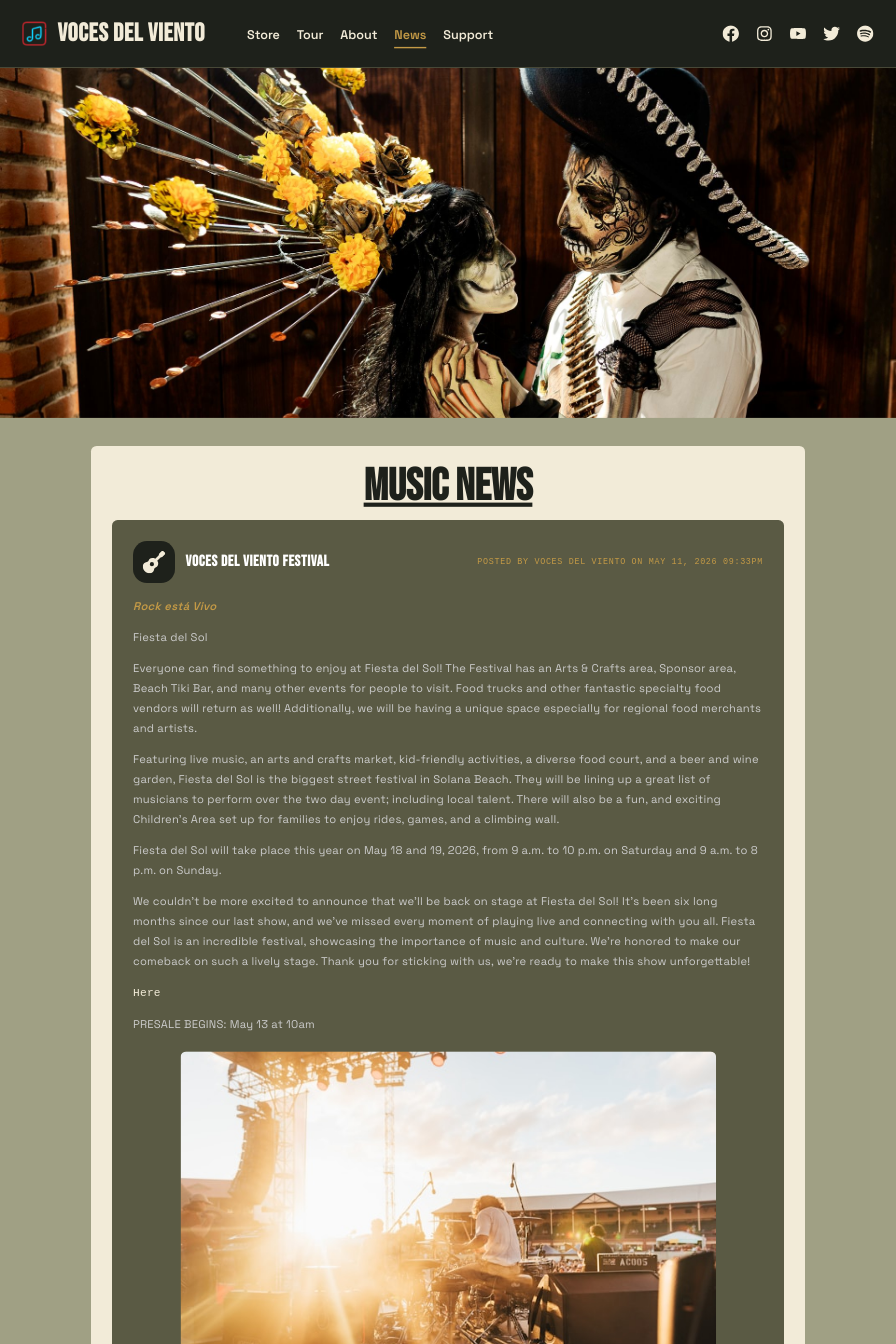
Repository: lime929/voices-del-viento
Page: /news
An editor plug-in stored every save of this project. The page is shown before and after the next save, followed by the edit.
The browser window is 1280 px wide. The pictures show the part of the page from y = 0 to 1920 px (the page is 5473 px tall), at 70% of full size.
The project was rebuilt for these pictures with package versions that can differ from the ones it lists, and the page was loaded fresh each time. The framework's server and built-in components were replaced by stand-ins that run in the browser. Also part of the build but not shown: next.config.mjs.

Above is the page before, as saved 2026-09-26 21:14:46.

### app/layout.jsx
import '../app/globals.css';
import Footer from '../app/components/Footer';
import NavBar from '../app/components/NavBar';


export const metadata = {
  title: "Voces del Viento",
  description:
    "Voces del Viento is a Mexican indie rock band from Michoacán, blending classic Latin rock influences with modern sounds inspired by Caifanes, Juanes, and Los Enanitos Verdes. Discover their heartfelt music, cultural roots, and energetic live performances.",
  keywords: [
    "Voces del Viento",
    "Mexican indie rock",
    "Michoacán, Mexico",
    "Latin rock",
    "Alternative music",
    "band from Mexico",
    "indie music",
  ],
};

export default function MainLayout({ children }) {
  return (
    <html lang="en">
      <body>
        <NavBar />
        {children}
        <Footer />
      </body>
    </html>
  );
}

### app/news/page.jsx
import styles from "./page.module.css";
import Image from "next/image";
import Post from "../components/Post";
import posts from "./posts.json";
import banner from "../../public/images/news/banner.jpg";

export const metadata = {
  title: "Voces del Viento | News",
  description: "Stay up to date with the latest news and updates from Voces del Viento.",
    keywords: [
    "Voces del Viento",
    "news",
    "Music news",
    "band updates",
    "Concert announcements",
    "Album releases",
    "Live performances",
    "Live updates",
  ]
}

export default function NewsPage() {
  return (
    <>
      <Image
        src={banner}
        alt="Band with Mariachi outfits performing on stage"
        sizes="100vw"
        className={styles.bannerImage}
        priority
      />

      <div className={styles.newsContainer}>
        <h2 className={styles.newsTitle}>Music News</h2>

        {posts.map((post) => (
          <Post key={post.id} post={post} />
        ))}
      </div>
    </>
  );
}

### app/globals.css
/* @import url("https://fonts.googleapis.com/css2?family=Bebas+Neue&family=DM+Sans:opsz,wght@9..40,400;9..40,500;9..40,600;9..40,700&family=Space+Mono:wght@400;700&display=swap");
@import url('https://fonts.googleapis.com/css2?family=Space+Grotesk:wght@300..700&display=swap'); */

@import url('https://fonts.googleapis.com/css2?family=Archivo+Black&family=Bebas+Neue&family=DM+Sans:ital,opsz,wght@0,9..40,100..1000;1,9..40,100..1000&family=Oswald:wght@200..700&family=Roboto+Mono:ital,wght@0,100..700;1,100..700&family=Space+Grotesk:wght@300..700&display=swap');
@import "tailwindcss";

@theme {
      /* Large headings and album titles */
  --font-display: "Bebas Neue", sans-serif;
    /* Paragraphs, navigation, and buttons */
  --font-body: "Space Grotesk", sans-serif;
    /* Dates, labels, and small details */
  --font-mono: "Space Mono", monospace;

    /* Main page background */
  --color-band-bg: #A0A084;
    /* Main text, dark sections & footer */
  --color-band-ink: #1E211B;
    /* Text on dark/red backgrounds */
  --color-band-cream: #F2EBD8;
    /* Borders and secondary accents */
  --color-band-olive: #5a5a44;
    /* Small highlights and labels */
  --color-band-gold: #C49A46;
}

body {
  font-family: var(--font-body);
  background-color: var(--color-band-bg);
  color: var(--color-band-ink);
  margin: 0;
  padding: 0;
}

### app/components/Footer.jsx
'use client';

import { usePathname } from "next/navigation";
export default function Footer() {
    const pathname = usePathname();

  return (
    <footer className="border-t border-band-olive bg-band-ink py-8 px-4 sm:px-6">
      <div className="mx-auto max-w-6xl">
        <div className="flex flex-col items-center justify-between gap-8 text-sm md:flex-row">
          {/* Copyright */}
          <div className="order-2 text-center md:order-1 md:text-left">
            <p className="font-semibold text-band-cream">
              © {new Date().getFullYear()}{' '}
              <span className="font-black text-band-cream">Voices Del Viento</span>
            </p>
            <p className="mt-1 font-mono text-xs tracking-wider text-band-gold">
              Made with Next.js, React & Tailwind by Liliana Mendez
            </p>
          </div>

          {/* Right links */}
          <nav className="order-1 flex items-center gap-6 md:order-2">
            <a
              href="/store"
              className={`${
                      pathname === "/store" ? "border-b-2 border-band-gold text-band-gold" : "border-b-2 border-transparent text-band-cream hover:text-band-gold hover:border-band-gold"
                    } text-sm font-semibold pb-1 transition-all`}
            >
              Store
            </a>
            <a
              href="/tour"
              className={`${
                      pathname === "/tour" ? "border-b-2 border-band-gold text-band-gold" : "border-b-2 border-transparent text-band-cream hover:text-band-gold hover:border-band-gold"
                    } text-sm font-semibold pb-1 transition-all`}
            >
              Tour
            </a>
            <a
              href="/about"
              className={`${
                      pathname === "/about" ? "border-b-2 border-band-gold text-band-gold" : "border-b-2 border-transparent text-band-cream hover:text-band-gold hover:border-band-gold"
                    } text-sm font-semibold pb-1 transition-all`}
            >
              About
            </a>
            <a
              href="/news"
              className={`${
                      pathname === "/news" ? "border-b-2 border-band-gold text-band-gold" : "border-b-2 border-transparent text-band-cream hover:text-band-gold hover:border-band-gold"
                    } text-sm font-semibold pb-1 transition-all`}
            >
              News
            </a>
            <a
              href="/support"
              className={`${
                      pathname === "/support" ? "border-b-2 border-band-gold text-band-gold" : "border-b-2 border-transparent text-band-cream hover:text-band-gold hover:border-band-gold"
                    } text-sm font-semibold pb-1 transition-all`}
            >
              Support
            </a>
          </nav>
        </div>
      </div>
    </footer>
  );
}

### app/components/NavBar.jsx
'use client';
import { useState } from "react";
import Link from "next/link";
import Image from "next/image";
import { usePathname } from "next/navigation";
import { FaBars, FaTimes, FaFacebook, FaInstagram, FaYoutube, FaTwitter,FaSpotify } from "react-icons/fa";
import logoIcon from '../../app/icon.png';

export default function NavBar() {
  const [isMobileMenuOpen, setIsMobileMenuOpen] = useState(false);
  const pathname = usePathname();

  return (
    <>
      <nav className="bg-band-ink border-b border-band-olive sticky top-0 z-50">
        <div className="px-4 lg:px-6">
          <div className="relative flex h-24 items-center justify-between">

            {/* Mobile menu button: always positioned absolute left and hidden on md+ screens */}
            <div className="absolute inset-y-0 left-0 flex items-center md:hidden">
              <button
                onClick={() => setIsMobileMenuOpen(!isMobileMenuOpen)}
                className="inline-flex items-center justify-center p-2 rounded-md text-band-cream hover:text-band-gold hover:bg-band-olive/20 focus:outline-none focus:ring-2 focus:ring-band-gold"
                aria-controls="mobile-menu"
                aria-expanded={isMobileMenuOpen}
              >
                <span className="sr-only">Open main menu</span>
                {isMobileMenuOpen ? (
                  <FaTimes className="block h-6 w-6" />
                ) : (
                  <FaBars className="block h-6 w-6" />
                )}
              </button>
            </div>

            <div className="flex flex-1 items-center justify-center md:justify-start">
              <Link href="/" className="flex flex-shrink-0 items-center gap-2 hover:opacity-90 transition">
                <Image
                  src={logoIcon}
                  alt="Voices Del Viento Logo"
                  width={50}
                  height={50}
                  priority
                />

                <span className="hidden font-display text-4xl font-bold uppercase tracking-wide text-band-cream transition-colors hover:text-band-gold md:block md:mr-9">
                Voces Del Viento
                </span>
              </Link>


              <div className="hidden md:ml-6 md:block md:pt-2">
                <div className="flex space-x-4 lg:space-x-6">
                  <Link
                    href="/store"
                    className={`${
                      pathname === "/store" ? "border-b-2 border-band-gold text-band-gold" : "border-b-2 border-transparent text-band-cream hover:text-band-gold hover:border-band-gold"
                    } text-lg font-semibold pb-1 transition-all`}
                  >
                    Store
                  </Link>
                  <Link
                    href="/tour"
                    className={`${
                      pathname === "/tour" ? "border-b-2 border-band-gold text-band-gold" : "border-b-2 border-transparent text-band-cream hover:text-band-gold hover:border-band-gold"
                    } text-lg font-semibold pb-1 transition-all`}
                  >
                    Tour
                  </Link>
                  <Link
                    href="/about"
                    className={`${
                      pathname === "/about" ? "border-b-2 border-band-gold text-band-gold" : "border-b-2 border-transparent text-band-cream hover:text-band-gold hover:border-band-gold"
                    } text-lg font-semibold pb-1 transition-all`}
                  >
                    About
                  </Link>
                  <Link
                    href="/news"
                    className={`${
                      pathname === "/news" ? "border-b-2 border-band-gold text-band-gold" : "border-b-2 border-transparent text-band-cream hover:text-band-gold hover:border-band-gold"
                    } text-lg font-semibold pb-1 transition-all`}
                  >
                    News
                  </Link>
                  <Link
                    href="/support"
                    className={`${
                      pathname === "/support" ? "border-b-2 border-band-gold text-band-gold" : "border-b-2 border-transparent text-band-cream hover:text-band-gold hover:border-band-gold"
                    } text-lg font-semibold pb-1 transition-all`}
                  >
                    Support
                  </Link>
                </div>
              </div>
            </div>

            <div className="absolute inset-y-0 right-0 flex items-center pr-2 md:static md:ml-6 md:pr-0">
              <div className="flex items-center gap-2 text-band-cream">
             <a href="https://www.facebook.com/" target="_blank" className="relative p-2 rounded-full transition-transform duration-250 ease-in-out hover:scale-110 hover:text-band-gold">
                    <FaFacebook className="h-6 w-6" />
                </a>
             <a href="https://www.instagram.com/" target="_blank" className="relative p-2 rounded-full transition-transform duration-250 ease-in-out hover:scale-110 hover:text-band-gold">
                    <FaInstagram className="h-6 w-6"/>
                </a>
             <a href="https://www.youtube.com/" target="_blank" className="relative p-2 rounded-full transition-transform duration-250 ease-in-out hover:scale-110 hover:text-band-gold">
                    <FaYoutube className="h-6 w-6" />
                </a>
             <a href="https://www.x.com/" target="_blank" className="relative p-2 rounded-full transition-transform duration-250 ease-in-out hover:scale-110 hover:text-band-gold">
                    <FaTwitter className="h-6 w-6" />
                </a>
            <a href="https://www.spotify.com/" target="_blank" className="relative p-2 rounded-full transition-transform duration-250 ease-in-out hover:scale-110 hover:text-band-gold">
                    <FaSpotify className="h-6 w-6" />
                </a>
              </div>
            </div>
          </div>
        </div>

        {/* Mobile menu */}
        {isMobileMenuOpen && (
          <div className="md:hidden bg-band-ink/95 backdrop-blur-md border-t border-band-olive px-4 pb-4 pt-2 space-y-1">
            <Link
              href="/store"
              className={`${
                pathname === "/store" ? "bg-band-olive/20 text-band-cream" : "border-b-2 border-transparent text-band-cream hover:bg-band-olive/20 hover:text-band-gold"
              } block rounded-md px-3 py-3 text-base font-semibold transition-colors`}
              onClick={() => setIsMobileMenuOpen(false)}
            >
              Store
            </Link>
            <Link
              href="/tour"
              className={`${
                pathname === "/tour" ? "bg-band-olive/20 text-band-cream" : "border-b-2 border-transparent text-band-cream hover:bg-band-olive/20 hover:text-band-gold"
              } block rounded-md px-3 py-3 text-base font-semibold transition-colors`}
              onClick={() => setIsMobileMenuOpen(false)}
            >
              Tour
            </Link>
            <Link
              href="/about"
              className={`${
                pathname === "/about" ? "bg-band-olive/20 text-band-cream" : "border-b-2 border-transparent text-band-cream hover:bg-band-olive/20 hover:text-band-gold"
              } block rounded-md px-3 py-3 text-base font-semibold transition-colors`}
              onClick={() => setIsMobileMenuOpen(false)}
            >
              About
            </Link>
            <Link
              href="/news"
              className={`${
                pathname === "/news" ? "bg-band-olive/20 text-band-cream" : "border-b-2 border-transparent text-band-cream hover:bg-band-olive/20 hover:text-band-gold"
              } block rounded-md px-3 py-3 text-base font-semibold transition-colors`}
              onClick={() => setIsMobileMenuOpen(false)}
            >
              News
            </Link>
            <Link
              href="/support"
              className={`${
                pathname === "/support" ? "bg-band-olive/20 text-band-cream" : "border-b-2 border-transparent text-band-cream hover:bg-band-olive/20 hover:text-band-gold"
              } block rounded-md px-3 py-3 text-base font-semibold transition-colors`}
              onClick={() => setIsMobileMenuOpen(false)}
            >
              Support
            </Link>
          </div>
        )}
      </nav>
    </>
  );
}

### app/news/page.module.css
.newsTitle {
  font-size: 4rem;
  color: var(--color-band-ink);
  font-family: var(--font-display);
  font-weight: 900;
  font-style: bold;
  text-align: center;
  text-decoration: underline;
  margin-top: -20px;
}

.newsContainer {
  max-width: 1020px;
  margin: 40px auto;
  padding: 30px;
  background-color: var(--color-band-cream);
  border-radius: 8px;
}

.newsContent {
  background-color: var(--color-band-olive);
  padding: 30px;
  border-radius: 8px;
  line-height: 1.8;
  margin-bottom: 50px;
}

.newsPost {
  color: #ccc;
  font-family: var(--font-body);
  font-weight: 400;
  font-style: normal;
  letter-spacing: 0.02em;
  line-height: 1.8;
}

.postHeader {
  display: flex;
  align-items: center;
  width: 100%;
  gap: 15px;
  margin-bottom: 20px;
}

.postLogo {
  display: inline-flex;
  align-items: center;
  justify-content: center;
  padding: 14px;
  background-color: var(--color-band-ink);
  border-radius: 20px;
}

.guitarIcon {
  font-size: 2rem;
  color: var(--color-band-cream);
}

.postTitle {
  flex: 1;
  font-size: 22px;
  font-weight: 700;
  color: #fff;
  line-height: 1.4;
  font-family: var(--font-display);
  letter-spacing: 0.04em;
  text-transform: uppercase;
}

.postMeta {
  font-size: 12px;
  /* color: #bda3a3; */
  color: var(--color-band-gold);
  margin-top: 5px;
  margin-left: auto;
  font-family: var(--font-mono);
  text-transform: uppercase;
  letter-spacing: 0.08em;
}

.postDescription {
  font-style: italic;
  color: var(--color-band-gold);
  margin: 20px 0;
  font-family: var(--font-body);
  font-weight: 600;
  letter-spacing: 0.03em;
}

.newsPost p {
  margin: 15px 0;
}

.newsPost a {
  color: var(--color-band-cream);
  text-decoration: none;
  font-family: var(--font-mono);
}

.newsPostLink {
  color: var(--color-band-cream);
  font-family: var(--font-mono);
  text-decoration: none;
}

.newsPost a:hover,
.newsPostLink:hover {
  text-decoration: underline;
}

.postImage {
  display: block;
  margin: 25px auto 0;
  width: 85%;
  border-radius: 8px;
}

.bannerImage {
  display: block;
  width: 100%;
  height: 500px;
  object-fit: cover;
  object-position: center 15%;
  margin: 0 auto 30px;
}

/* .bannerImage {
  display: block;
  width: 100%;
  height: 500px;
  margin: 0 auto 30px;
} */

### app/components/Post.jsx
import styles from "../news/page.module.css";
import { FaGuitar } from "react-icons/fa";
import Image from "next/image";

export default function Post({ post }) {
  return (
    <div className={styles.newsContent}>
      <div className={styles.newsPost}>
        <div className={styles.postHeader}>
          <span className={styles.postLogo}>
            <FaGuitar className={styles.guitarIcon} aria-hidden="true" />
          </span>
          <h3 className={styles.postTitle}>{post.title}</h3>
          <p className={styles.postMeta}>{post.meta}</p>
        </div>

        {post.description && (
          <p className={styles.postDescription}>{post.description}</p>
        )}

        {post.paragraphs?.map((paragraph, index) => (
          <p key={`${post.id}-paragraph-${index}`}>{paragraph}</p>
        ))}

        {post.link && (
          <p>
            <a href={post.link.href} className={styles.newsPostLink}>
              {post.link.text}
            </a>
          </p>
        )}

        {post.extraLine && <p>{post.extraLine}</p>}

        {post.image && (
          <Image
            src={post.image.src}
            alt={post.image.alt}
            width={1200}
            height={800}
            sizes="100vw"
            className={styles.postImage}
          />
        )}
      </div>
    </div>
  );
}

Loaded but not shown: app/news/posts.json (83 lines, source omitted)

After the next save:
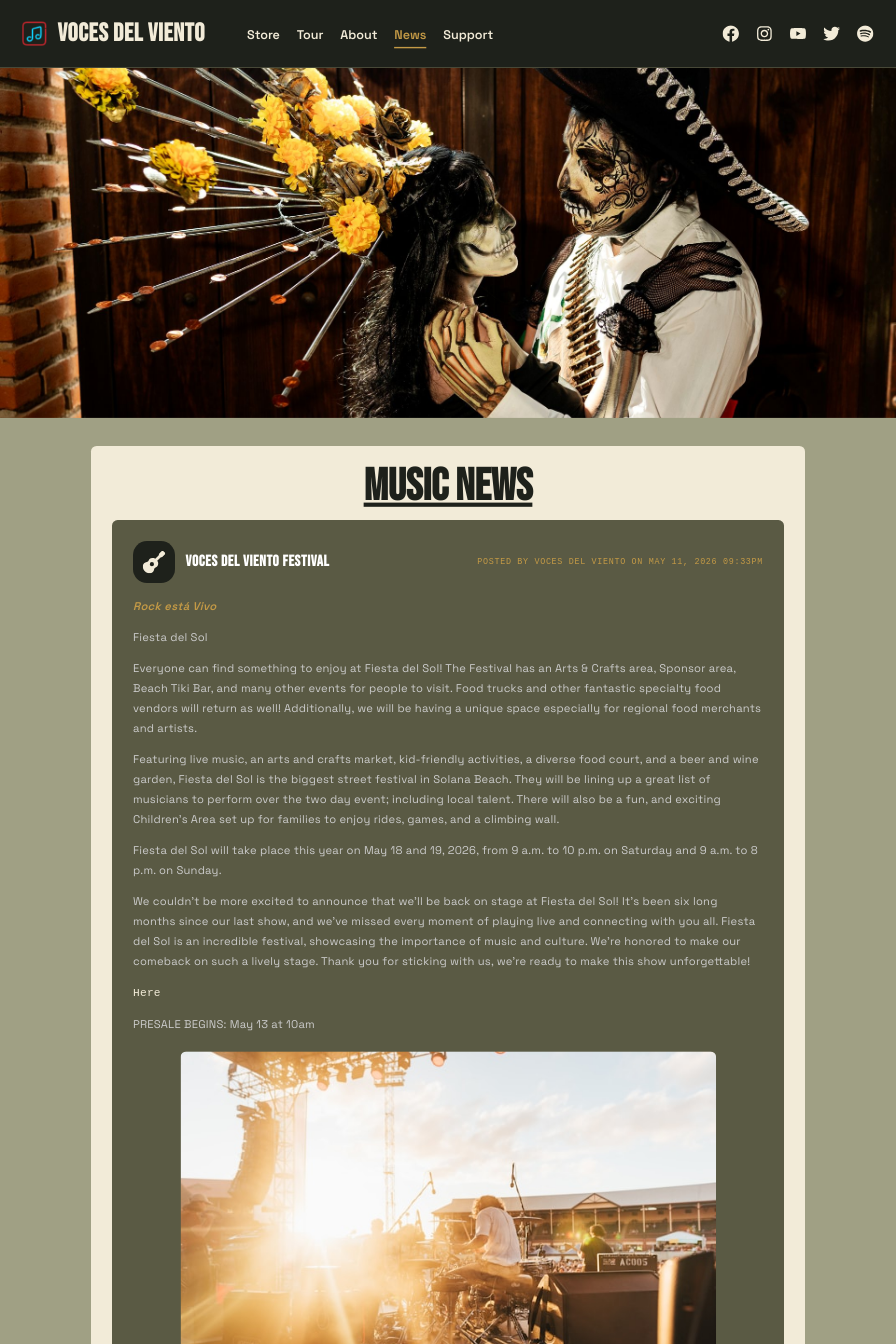
Saved 7 s later.
--- a/app/news/page.module.css
+++ b/app/news/page.module.css
@@ -120,7 +120,7 @@
   width: 100%;
   height: 500px;
   object-fit: cover;
-  object-position: center 15%;
+  object-position: center 30%;
   margin: 0 auto 30px;
 }
 
